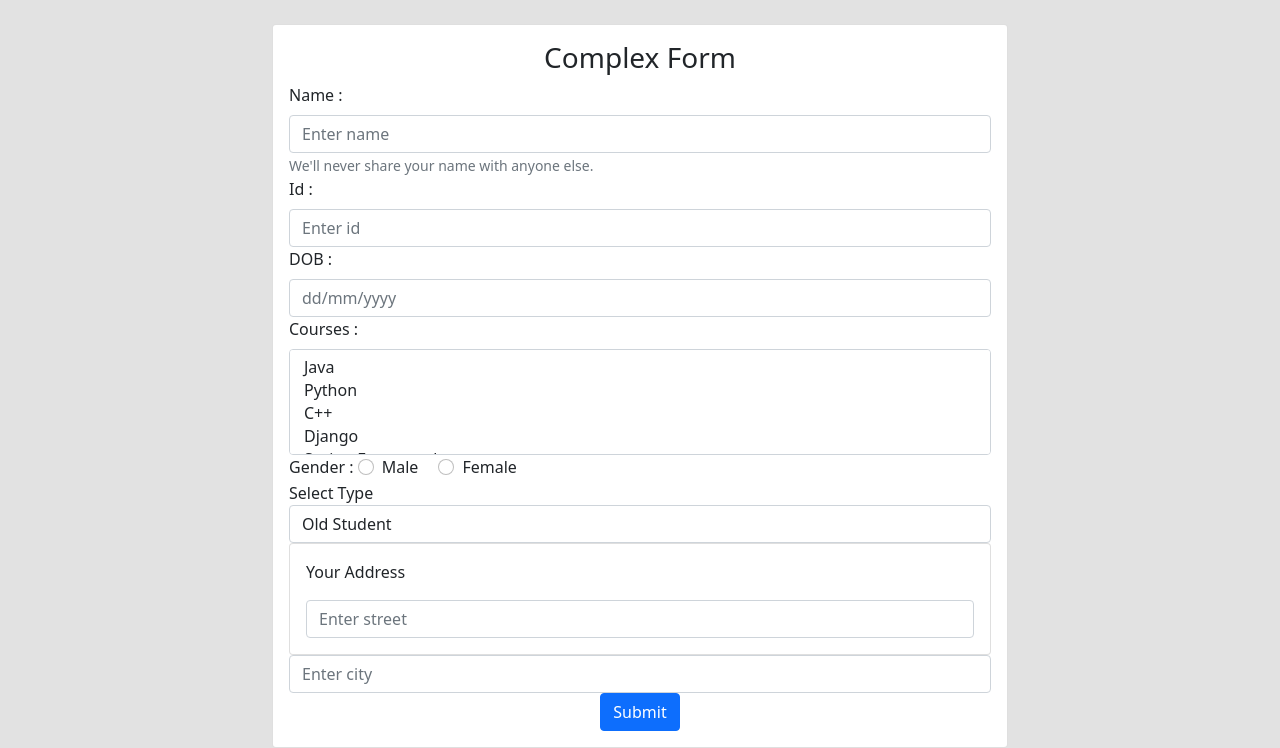
Repository: urvashimalviya/crudDemo
Page: http://localhost/SearchProject/WEB-INF/views/complex_form.jsp
An editor plug-in stored every save of this project. The page is shown before and after the next save, followed by the edit.
The browser window is 1280 px wide. The pictures show the whole page.
The page is served by Tomcat 9. Nobody is signed in. The template is opened directly, without the code that normally fills it, so the values that code supplies are empty.

Above is the page before, as saved 2021-08-18 10:09:32.

After the next save:
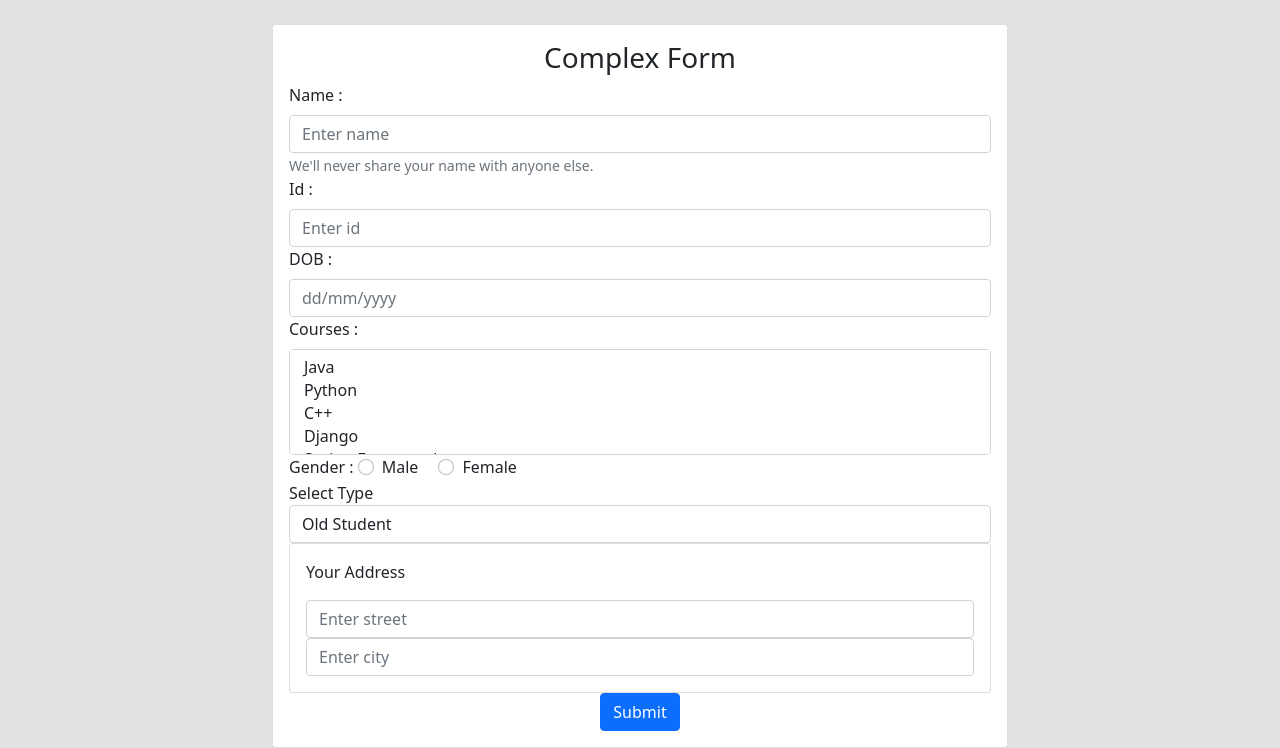
Saved 43 s later.
--- a/SearchProject/src/main/webapp/WEB-INF/views/complex_form.jsp
+++ b/SearchProject/src/main/webapp/WEB-INF/views/complex_form.jsp
@@ -96,14 +96,15 @@
 
 
 									</div>
+									<div class="form-group">
+
+										<input type="text" class="form-control" name="address.city"
+											placeholder="Enter city" />
+									</div>
 								</div>
 							</div>
 
-							<div class="form-group">
 
-								<input type="text" class="form-control" name="address.city"
-									placeholder="Enter city" />
-							</div>
 
 							<div class="container text-center">
 								<button type="submit" class="btn btn-primary">Submit</button>
